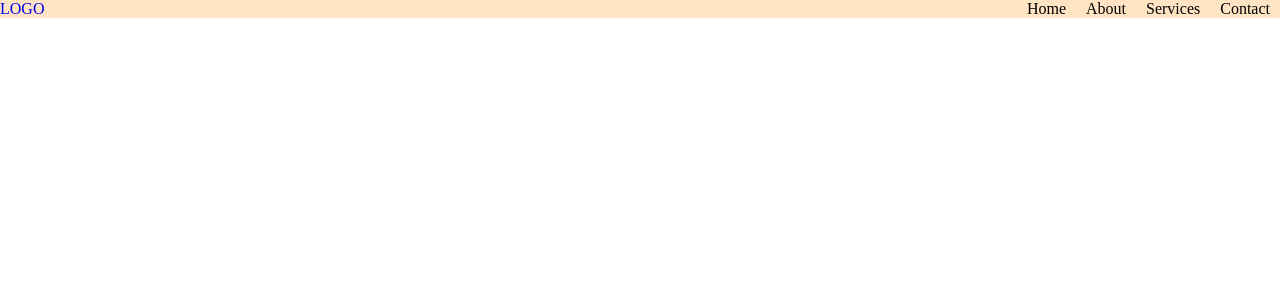
Repository: chanchalsaini/React-WUI
Page: /
An editor plug-in stored every save of this project. The page is shown before and after the next save, followed by the edit.
The browser window is 1280 px wide. The pictures show the whole page.
The project was rebuilt for these pictures with package versions that can differ from the ones it lists, and the page was loaded fresh each time.

Above is the page before, as saved 2020-09-21 21:54:51.

After the next save:
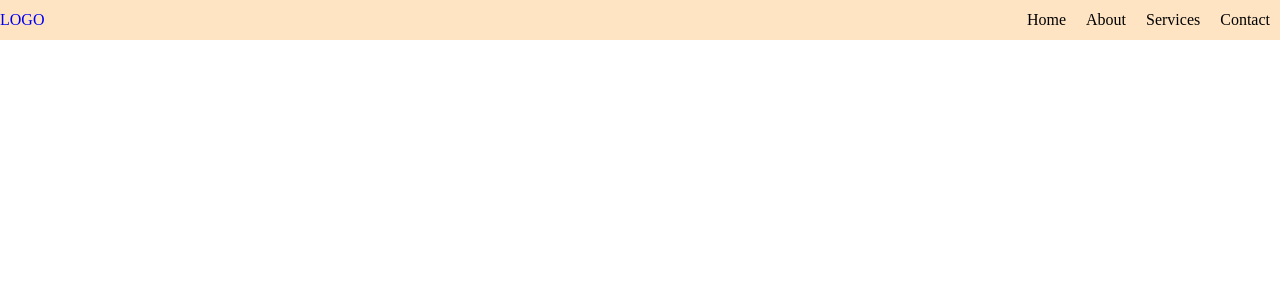
Saved 11 s later.
--- a/src/App.css
+++ b/src/App.css
@@ -8,6 +8,7 @@ header {
   align-items: center;
   position: fixed;
   width: 100%;
+  height: 40px;
 }
 .logo {
   text-decoration: none;
